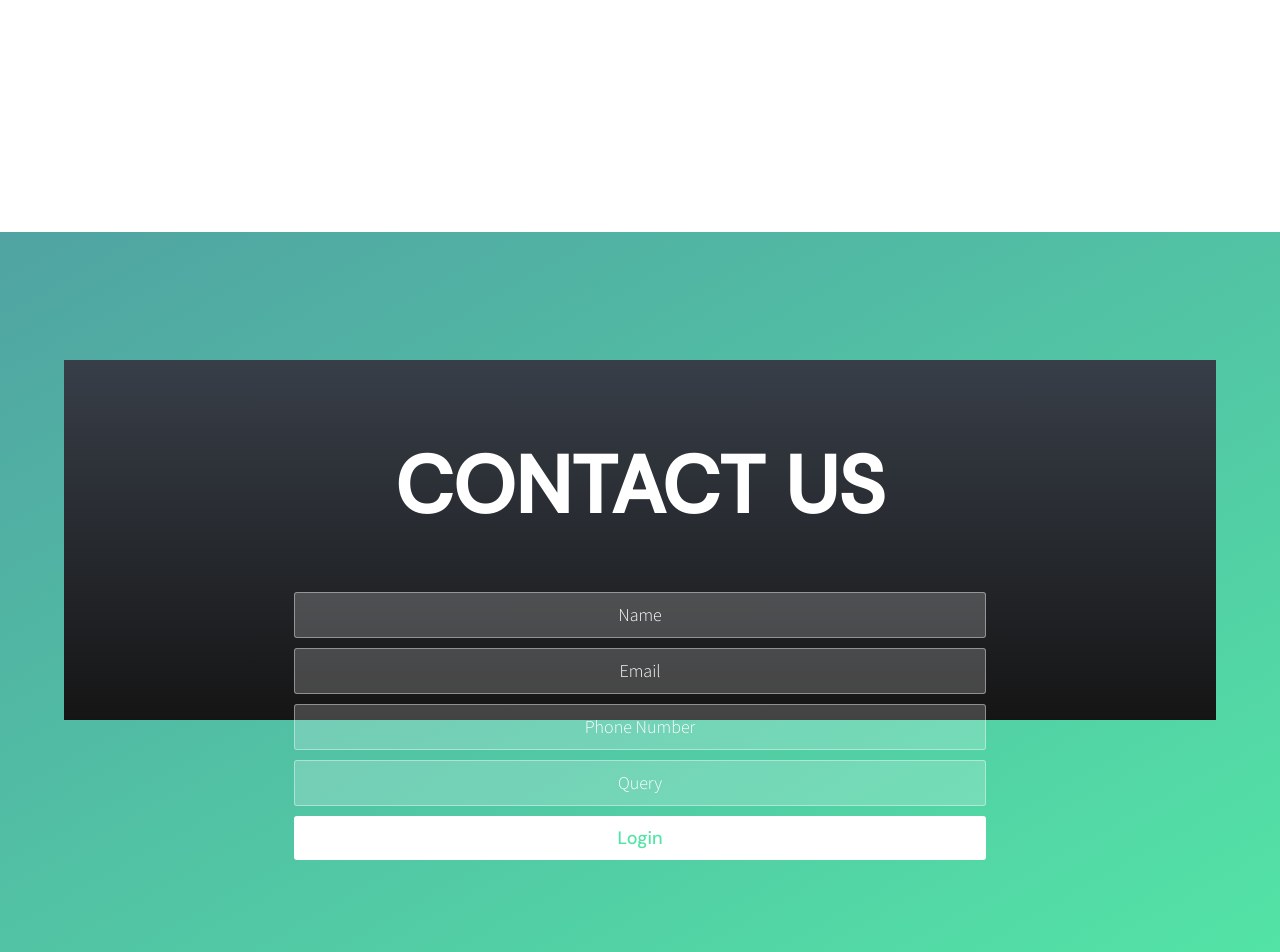
Repository: Jrap-bit/PeriodofSharing
Page: index.html
These files come from the project's save history. The page is drawn as it stood at one moment and after the next save; the edit follows.
The browser window is 1280 px wide. The pictures show the part of the page from y = 1325 to 2277 px (the page is 2277 px tall).

Above is the page before, as saved 2022-01-16 01:19:23.

After the next save:
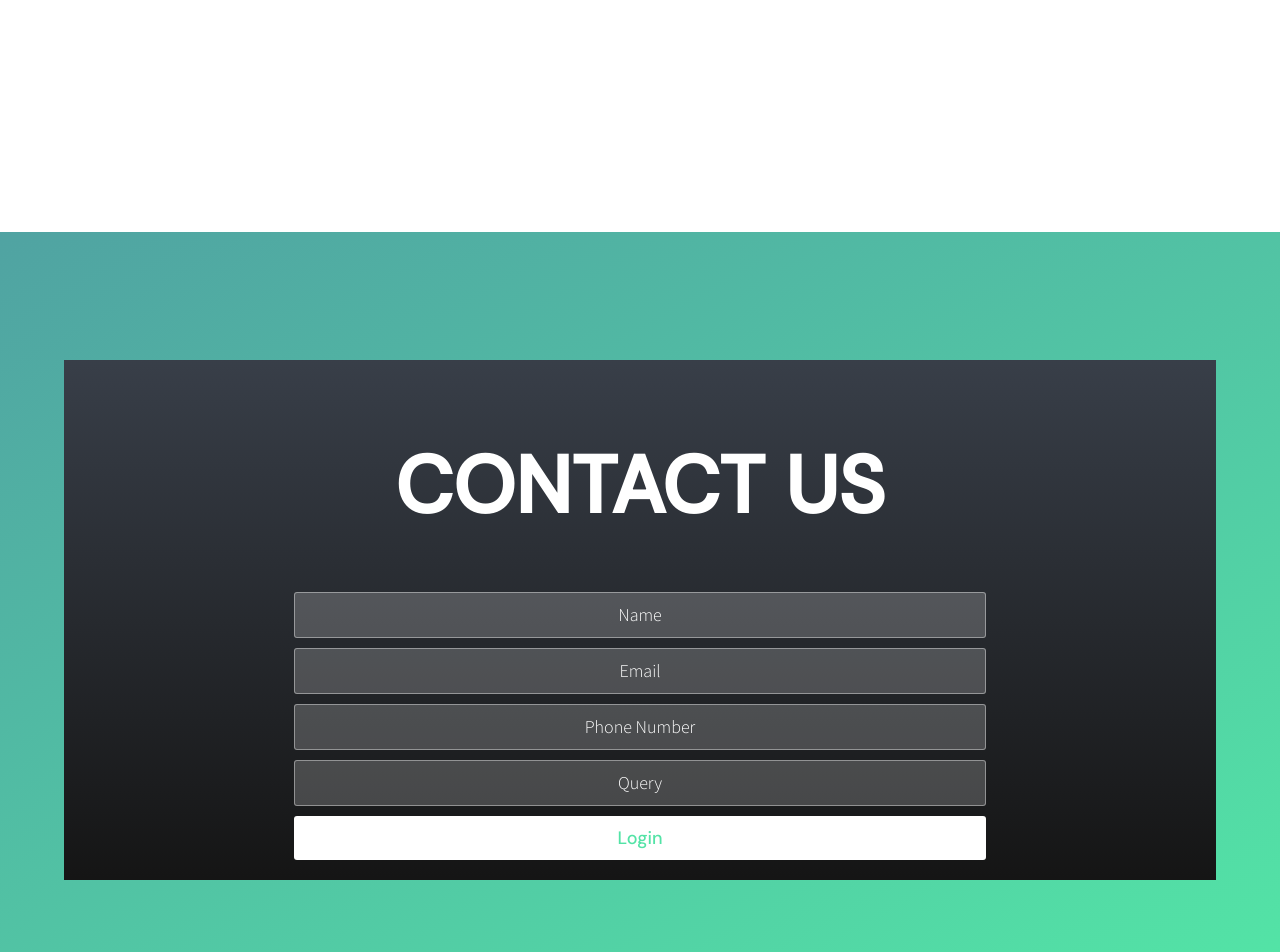
Saved 93 s later.
--- a/style.css
+++ b/style.css
@@ -60,7 +60,6 @@ body :-ms-input-placeholder {
     padding: 0px 0;
     height: 50%;
     text-align: center;
-    background: linear-gradient(rgba(51, 58, 69, 0.9), rgba(0, 0, 0, 0.8)), #686868;
 }
 
 .form-header{
@@ -74,6 +73,8 @@ form {
     display:flexbox;
     justify-content: center;
     align-items: center;
+    background: linear-gradient(rgba(51, 58, 69, 0.9), rgba(0, 0, 0, 0.8)), #686868;
+
     padding: 20px 0;
     position: relative;
     z-index: 2;
